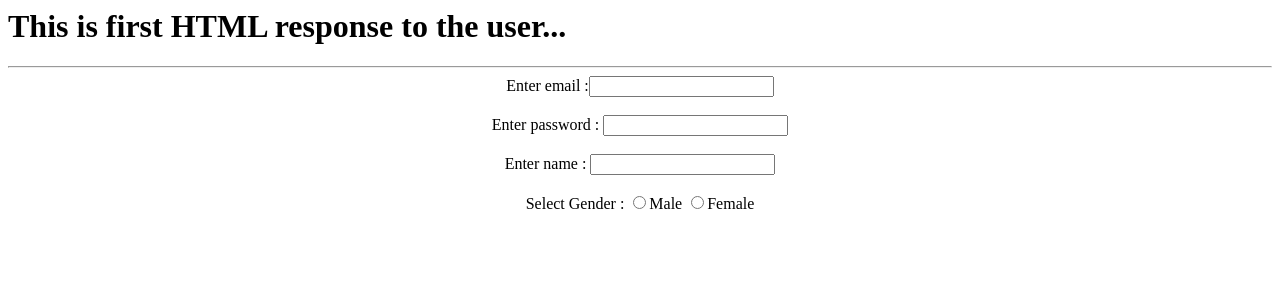
Repository: devandevare/Java
Page: http://localhost/first-web-app/sing-up
An editor plug-in stored every save of this project. The page is shown before and after the next save, followed by the edit.
The browser window is 1280 px wide. The pictures show the whole page.
The page is served by Tomcat 9.

Above is the page before, as saved 2022-09-25 07:59:33.

### Adv Java/Projects/first-web-app/src/main/java/FirstServlet.java


import java.io.IOException;
import java.io.PrintWriter;

import javax.servlet.ServletException;
import javax.servlet.annotation.WebServlet;
import javax.servlet.http.HttpServlet;
import javax.servlet.http.HttpServletRequest;
import javax.servlet.http.HttpServletResponse;

@WebServlet("/sing-up")
public class FirstServlet extends HttpServlet {
	private static final long serialVersionUID = 1L;


	protected void service(HttpServletRequest request, HttpServletResponse response) throws ServletException, IOException {

		System.out.println("This is the servelet");
		response.setContentType("text/html");

		PrintWriter out=response.getWriter();
		out.print("<h1>This is first HTML response to the user...</h1>");
		out.print("<hr>");

		out.print("<div align='center'>");
		out.print("<form action='' method='post'>");
		out.print("<label>Enter email :</label>");
		out.print("<input type='email' name='email'> </input>");
		out.print("<br/><br/>");
		out.print("<label>Enter password :</label>	<input type='password' name='password'> </input>");
		out.print("<br/><br/>");
		out.print("	<label>Enter name :</label>	<input type='text' name='name'> </input> <br/> <br/>");
		out.print("<label>Select Gender :</label>			\r\n"
				+ "		<input type=\"radio\" name=\"gender\" value=\"Male\">Male </input>\r\n"
				+ "		<input type=\"radio\" name=\"gender\" value=\"Female\">Female </input>\r\n"
				+ "		<br/>\r\n"
				+ "		<br/>");
		out.print("");
		out.print("");
	}

}

After the next save:
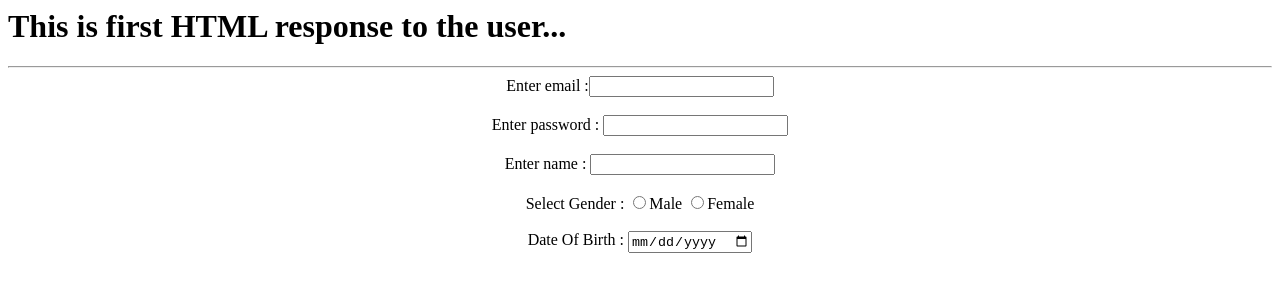
Saved 28 s later.
--- a/Adv Java/Projects/first-web-app/src/main/java/FirstServlet.java
+++ b/Adv Java/Projects/first-web-app/src/main/java/FirstServlet.java
@@ -36,7 +36,10 @@ public class FirstServlet extends HttpServlet {
 				+ "		<input type=\"radio\" name=\"gender\" value=\"Female\">Female </input>\r\n"
 				+ "		<br/>\r\n"
 				+ "		<br/>");
-		out.print("");
+		out.print("<label>Date Of Birth :</label>			\r\n"
+				+ "		<input type=\"date\" name=\"dob\" /> \r\n"
+				+ "		<br/>\r\n"
+				+ "		<br/>");
 		out.print("");
 	}
 
